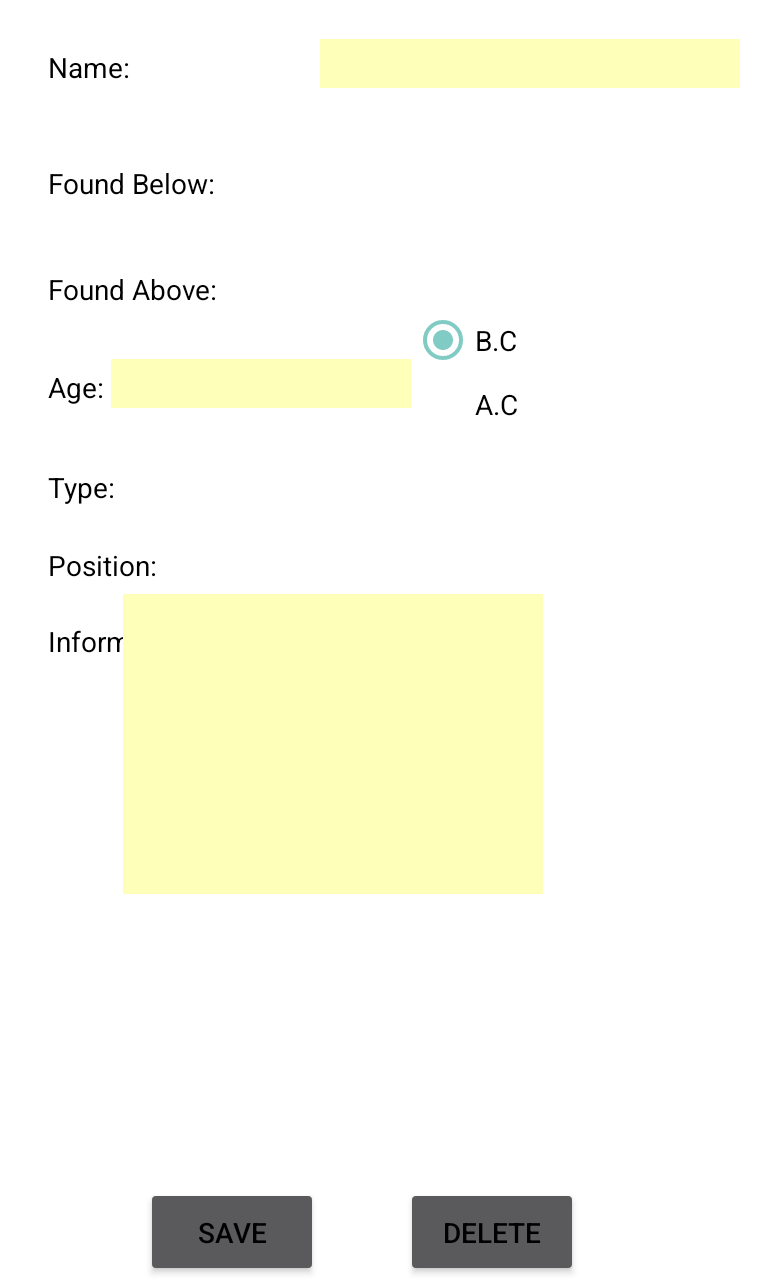
Repository: qfornaguera/AppQuelogy
Layout: AppQueology/res/layout/activity_artifact.xml
The author's editor kept a copy of each file at every save. The layout is drawn from the files as they stood at one save, then again after the next save.
It is drawn on a 768 x 1280 px phone screen (xhdpi) without system bars, with theme Theme.AppCompat; the app's code is not run.

Above is the layout before, as saved 2014-05-26 21:27:12.

After the next save:
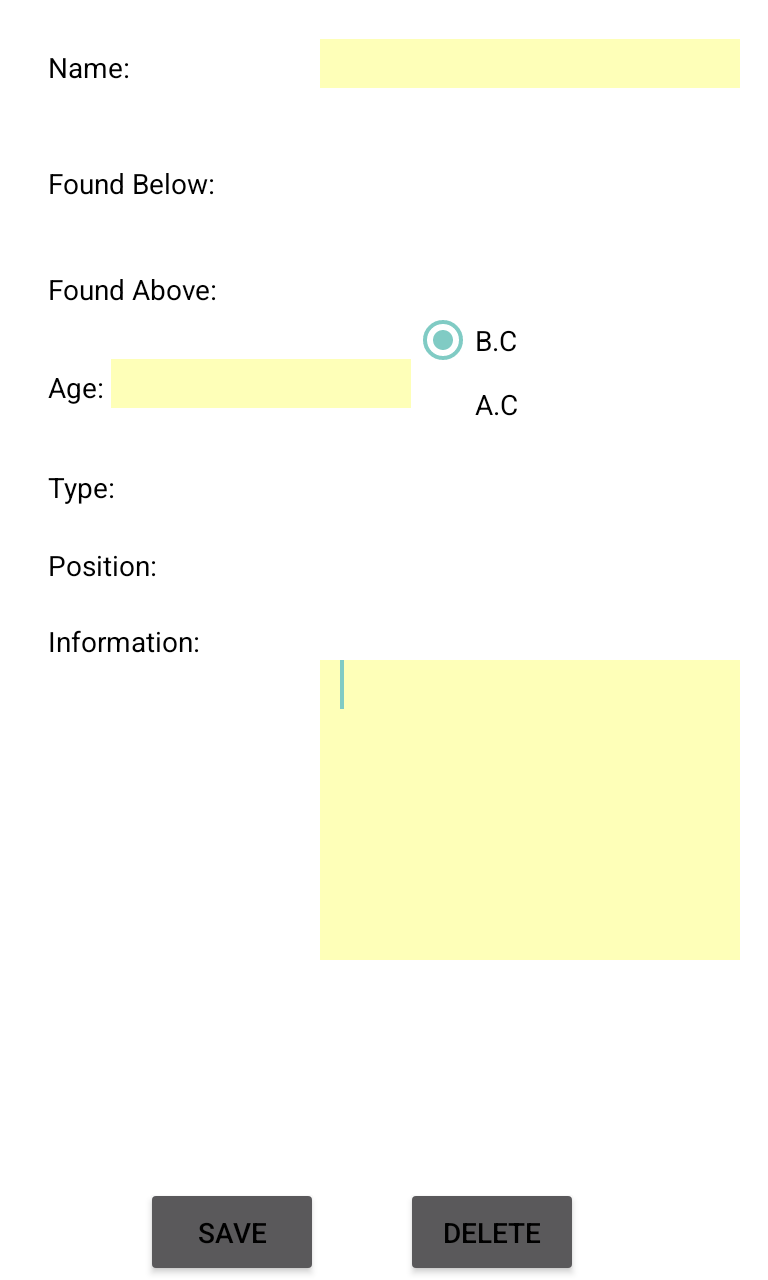
Saved 3 min 46 s later.
--- a/AppQueology/res/layout/activity_artifact.xml
+++ b/AppQueology/res/layout/activity_artifact.xml
@@ -186,8 +186,8 @@
 		        android:id="@+id/editText3"
 		        android:layout_width="wrap_content"
 		        android:layout_height="150dp"
-		        android:layout_below="@+id/spinner1"
-		        android:layout_toRightOf="@+id/textView7"
+		        android:layout_alignRight="@+id/textView8"
+		        android:layout_below="@+id/textView9"
 		        android:background="#FEFFB8"
 		        android:ems="10"
 		        android:gravity="center_vertical|top"
@@ -195,6 +195,7 @@
 		        android:paddingLeft="10dp"
 		        android:textColor="#000000" >
 
+		        <requestFocus />
 		    </EditText>
 
 		</RelativeLayout>
